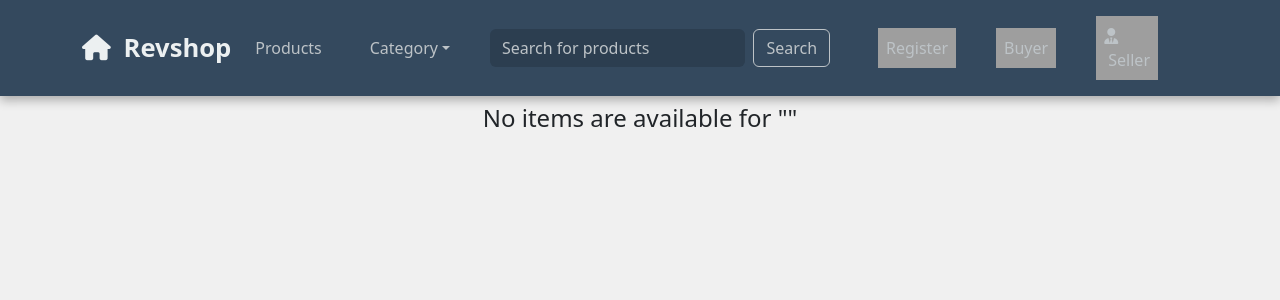
Repository: pratikp99/E-Commerce-Webapp-
Page: http://localhost/Revshop_WebApp/products.jsp?category=0
The author's editor kept a copy of each file at every save. The page is drawn from the files as they stood at one save, then again after the next save.
The browser window is 1280 px wide. The pictures show the whole page.
Pictures or frames that could not be fetched are drawn as grey boxes. The page is served by Tomcat 10. Other server files are loaded and not shown. Queries for data that is not in the repository find no rows.

Above is the page before, as saved 2024-08-30 14:56:54.

### Revshop WebApp/src/main/webapp/products.jsp
<%@page import="com.revature.ecom.DAO.wishlistDAO"%>
<%@page import="com.revature.ecom.Models.userModel"%>
<%@page import="com.revature.ecom.DAO.categoryDAO"%>
<%@page import="com.revature.ecom.Models.productModel"%>
<%@page import="java.util.List"%>
<%@page import="com.revature.ecom.Utils.DatabaseUtil"%>
<%@page import="com.revature.ecom.DAO.productDAO"%>
<%
userModel u = (userModel) session.getAttribute("activeUser");
wishlistDAO wishlistDao = new wishlistDAO(DatabaseUtil.getConnection());

String searchKey = request.getParameter("search");
String catId = request.getParameter("category");
categoryDAO categoryDao = new categoryDAO(DatabaseUtil.getConnection());
String message = "";

productDAO productDao = new productDAO(DatabaseUtil.getConnection());
List<productModel> prodList = null;
if (searchKey != null) {
	if (!searchKey.isEmpty()) {
		message = "Showing results for \"" + searchKey + "\"";
	}else{
		message = "No product found!";
	}
	prodList = productDao.getAllProductsBySearchKey(searchKey);

} else if (catId != null && !(catId.trim().equals("0"))) {
	prodList = productDao.getAllProductsByCategoryId(Integer.parseInt(catId.trim()));
	message = "Showing results for \"" + categoryDao.getCategoryName(Integer.parseInt(catId.trim())) + "\"";
} else {
	prodList = productDao.getAllProducts();
	message = "All Products";
}

if (prodList != null && prodList.size() == 0) {

	message = "No items are available for \""
	+ (searchKey != null ? searchKey : categoryDao.getCategoryName(Integer.parseInt(catId.trim()))) + "\"";

	prodList = productDao.getAllProducts();
}
%>
<!DOCTYPE html>
<html>
<head>
<meta charset="ISO-8859-1">
<title>Products</title>
<%@include file="Components/common_css_js.jsp"%>
<style>
.real-price {
	font-size: 22px !important;
	font-weight: 600;
}

.product-price {
	font-size: 17px !important;
	text-decoration: line-through;
}

.product-discount {
	font-size: 15px !important;
	color: #027a3e;
}

.wishlist-icon {
	cursor: pointer;
	position: absolute;
	right: 10px;
	top: 10px;
	width: 36px;
	height: 36px;
	border-radius: 50%;
	border: 1px solid #f0f0f0;
	box-shadow: 0 1px 4px 0 rgba(0, 0, 0, .1);
	padding-right: 40px;
	background: #fff;
}
</style>
</head>
<body style="background-color: #f0f0f0;">
	<!--navbar -->
	<%@include file="Components/navbar.jsp"%>

	<!--show products-->
	<h4 class="text-center mt-2"><%=message%></h4>
	<div class="container-fluid my-3 px-5">

		<div class="row row-cols-1 row-cols-md-4 g-3">
			<%
			for (productModel p : prodList) {
			%>
			<div class="col">

				<div class="card h-100 px-2 py-2">
					<div class="container text-center">
						<img src="Product_imgs\<%=p.getProductImages()%>"
							class="card-img-top m-2"
							style="max-width: 100%; max-height: 200px; width: auto;">
						<div class="wishlist-icon">
							<%
							if (u != null) {
								if (wishlistDao.getWishlist(u.getUserId(), p.getProductId())) {
							%>
							<button
								onclick="window.open('wishlist?uid=<%=u.getUserId()%>&pid=<%=p.getProductId()%>&op=remove', '_self')"
								class="btn btn-link" type="submit">
								<i class="fa-sharp fa-solid fa-heart" style="color: #ff0303;"></i>
							</button>
							<%
							} else {
							%>
							<button type="submit"
								onclick="window.open('WishlistServlet?uid=<%=u.getUserId()%>&pid=<%=p.getProductId()%>&op=add', '_self')"
								class="btn btn-link">
								<i class="fa-sharp fa-solid fa-heart" style="color: #909191;"></i>
							</button>
							<%
							}
							} else {
							%>
							<button onclick="window.open('login.jsp', '_self')"
								class="btn btn-link" type="submit">
								<i class="fa-sharp fa-solid fa-heart" style="color: #909191;"></i>
							</button>
							<%
							}
							%>

						</div>
						<h5 class="card-title text-center"><%=p.getProductName()%></h5>

						<div class="container text-center">
							<span class="real-price">&#8377;<%=p.getProductPriceAfterDiscount()%></span>&ensp;
							<span class="product-price">&#8377;<%=p.getProductPrice()%></span>&ensp;
							<span class="product-discount"><%=p.getProductDiscount()%>&#37;off</span>
						</div>
						<div class="container text-center mb-2 mt-2">
							<button type="button"
								onclick="window.open('viewProduct.jsp?pid=<%=p.getProductId()%>', '_self')"
								class="btn btn-primary text-white">View Details</button>
						</div>
					</div>
				</div>
			</div>
			<%
			}
			%>
		</div>
	</div>
</body>
</html>

### Revshop WebApp/src/main/webapp/Components/common_css_js.jsp
<!--CSS-->
<link href="https://cdn.jsdelivr.net/npm/bootstrap@5.3.0/dist/css/bootstrap.min.css" rel="stylesheet" integrity="sha384-9ndCyUaIbzAi2FUVXJi0CjmCapSmO7SnpJef0486qhLnuZ2cdeRhO02iuK6FUUVM" crossorigin="anonymous">
<!--font awesome-->
<!--<link rel="stylesheet" href="https://cdnjs.cloudflare.com/ajax/libs/font-awesome/4.7.0/css/font-awesome.min.css">
-->
<link rel="stylesheet" href="https://cdnjs.cloudflare.com/ajax/libs/font-awesome/6.4.0/css/all.min.css">
<link rel="stylesheet" href="CSS/style.css"/>


<!--JavaScript-->
<script src="https://cdn.jsdelivr.net/npm/bootstrap@5.3.0/dist/js/bootstrap.bundle.min.js" integrity="sha384-geWF76RCwLtnZ8qwWowPQNguL3RmwHVBC9FhGdlKrxdiJJigb/j/68SIy3Te4Bkz" crossorigin="anonymous"></script>
<script src="JS/script.js"></script>

<!--jQuery-->
<script src="https://code.jquery.com/jquery-3.7.0.min.js" integrity="sha256-2Pmvv0kuTBOenSvLm6bvfBSSHrUJ+3A7x6P5Ebd07/g=" crossorigin="anonymous"></script>
<!--sweet alert-->
<script src="https://unpkg.com/sweetalert/dist/sweetalert.min.js"></script>
<script src="https://cdn.jsdelivr.net/npm/sweetalert2@11"></script>

### Revshop WebApp/src/main/webapp/Components/navbar.jsp
<%@page import="com.revature.ecom.DAO.categoryDAO"%>
<%@page import="com.revature.ecom.Models.adminModel"%>
<%@page import="com.revature.ecom.Models.cartModel"%>
<%@page import="com.revature.ecom.DAO.cartDAO"%>
<%@page import="com.revature.ecom.Models.userModel"%>
<%@page import="java.util.List"%>
<%@page import="com.revature.ecom.Models.categoryModel"%>
<%@page import="com.revature.ecom.Utils.DatabaseUtil"%>
<%@page import="com.revature.ecom.DAO.categoryDAO"%>
<%
userModel user = (userModel) session.getAttribute("activeUser");
adminModel admin = (adminModel) session.getAttribute("activeAdmin");

categoryDAO catDao = new categoryDAO(DatabaseUtil.getConnection());
List<categoryModel> categoryList = catDao.getAllCategories();
%>

<style>
/* General navbar styling */
.navbar {
    background-color: #34495e;
    padding: 1rem;
    box-shadow: 0px 4px 10px rgba(0, 0, 0, 0.3);
}

.navbar-brand {
    font-size: 1.6rem;
    font-weight: bold;
    color: #ecf0f1 !important;
}

.nav-link {
    color: #bdc3c7 !important;
    margin-right: 1rem;
    transition: color 0.3s;
}

.nav-link:hover {
    color: #ecf0f1 !important;
}

.navbar-toggler-icon {
    background-image: url("data:[embedded picture, 217 characters]");
}

.dropdown-menu {
    background-color: #2c3e50 !important;
    border: none;
}

.dropdown-item {
    color: #bdc3c7 !important;
    transition: background-color 0.3s, color 0.3s;
}

.dropdown-item:hover {
    background-color: #34495e !important;
    color: #ecf0f1 !important;
}

.badge {
    font-size: 0.75rem;
    background-color: #e74c3c;
}

/* Button styling */
.btn-outline-light {
    color: #bdc3c7;
    border-color: #bdc3c7;
    transition: color 0.3s, border-color 0.3s;
}

.btn-outline-light:hover {
    color: #ecf0f1;
    border-color: #ecf0f1;
}

/* Flexbox alignment */
.navbar-nav {
    display: flex;
    align-items: center;
}

.navbar-nav .nav-item {
    margin-right: 1rem;
}

.form-control {
    background-color: #2c3e50 !important;
    border: none;
    color: #ecf0f1;
    margin-right: 0.5rem;
}

.form-control::placeholder {
    color: #bdc3c7;
}

.form-control:focus {
    box-shadow: none;
    border-color: #ecf0f1;
}

@media (max-width: 992px) {
    .navbar-collapse {
        flex-direction: column;
    }

    .navbar-nav {
        flex-direction: column;
        width: 100%;
    }

    .navbar-nav .nav-item {
        margin-right: 0;
        margin-bottom: 1rem;
    }

    .form-control {
        margin-bottom: 1rem;
        width: 100%;
    }
}

/* Specific logo styles */
.navbar-nav .register-link {
    background-image: url('path/to/register-icon.png');
    background-repeat: no-repeat;
    background-position: left center;
    padding-left: 30px; /* Adjust based on the size of the icon */
}

.navbar-nav .buyer-link {
    background-image: url('path/to/buyer-icon.png');
    background-repeat: no-repeat;
    background-position: left center;
    padding-left: 30px; /* Adjust based on the size of the icon */
}

.navbar-nav .seller-link {
    background-image: url('path/to/seller-icon.png');
    background-repeat: no-repeat;
    background-position: left center;
    padding-left: 30px; /* Adjust based on the size of the icon */
}
</style>

<nav class="navbar navbar-expand-lg">
    <!-- admin nav bar -->
    <% if (admin != null) { %>
    <div class="container">
        <a class="navbar-brand" href="admin.jsp"><i class="fa-sharp fa-solid fa-house"></i>&ensp;Revshop</a>
        <button class="navbar-toggler" type="button" data-bs-toggle="collapse" data-bs-target="#navbarSupportedContent"
            aria-controls="navbarSupportedContent" aria-expanded="false" aria-label="Toggle navigation">
            <span class="navbar-toggler-icon"></span>
        </button>
        <div class="collapse navbar-collapse" id="navbarSupportedContent">
            <div class="container text-end">
                <ul class="navbar-nav justify-content-end">
                    <li class="nav-item"><button type="button" class="btn nav-link" data-bs-toggle="modal"
                            data-bs-target="#add-category"><i class="fa-solid fa-plus fa-xs"></i>Add Category</button></li>
                    <li class="nav-item"><button type="button" class="btn nav-link" data-bs-toggle="modal"
                            data-bs-target="#add-product"><i class="fa-solid fa-plus fa-xs"></i>Add Product</button></li>
                    <li class="nav-item"><a class="nav-link" aria-current="page" href="admin.jsp"><%=admin.getName()%></a></li>
                    <li class="nav-item"><a class="nav-link" aria-current="page" href="logout?user=admin"><i
                                class="fa-solid fa-user-slash fa-sm"></i>&nbsp;Logout</a></li>
                </ul>
            </div>
        </div>
    </div>
    <% } else { %>

    <!-- for all -->
    <div class="container">
        <a class="navbar-brand" href="index.jsp"><i class="fa-sharp fa-solid fa-house"></i>&ensp;Revshop</a>
        <button class="navbar-toggler" type="button" data-bs-toggle="collapse" data-bs-target="#navbarSupportedContent"
            aria-controls="navbarSupportedContent" aria-expanded="false" aria-label="Toggle navigation">
            <span class="navbar-toggler-icon"></span>
        </button>
        <div class="collapse navbar-collapse" id="navbarSupportedContent">
            <ul class="navbar-nav me-auto mb-2 mb-lg-0">
                <li class="nav-item"><a class="nav-link" href="products.jsp" role="button" aria-expanded="false">Products</a></li>
                <li class="nav-item dropdown"><a class="nav-link dropdown-toggle" href="#" role="button"
                        data-bs-toggle="dropdown" aria-expanded="false">Category</a>
                    <ul class="dropdown-menu">
                        <li><a class="dropdown-item" href="products.jsp?category=0">All Products</a></li>
                        <% for (categoryModel c : categoryList) { %>
                        <li><a class="dropdown-item" href="products.jsp?category=<%=c.getCategoryId()%>"><%=c.getCategoryName()%></a></li>
                        <% } %>
                    </ul>
                </li>
            </ul>
            <form class="d-flex pe-5" role="search" action="products.jsp" method="get">
                <input name="search" class="form-control me-2" size="50" type="search" placeholder="Search for products"
                    aria-label="Search">
                <button class="btn btn-outline-light" type="submit">Search</button>
            </form>

            <!-- when user is logged in -->
            <% if (user != null) {
                cartDAO cartDao = new cartDAO(DatabaseUtil.getConnection());
                int cartCount = cartDao.getCartCountByUserId(user.getUserId());
            %>
            <ul class="navbar-nav ml-auto">
                <li class="nav-item active pe-3"><a class="nav-link position-relative" aria-current="page"
                        href="cart.jsp"><i class="fa-solid fa-cart-shopping"></i> &nbsp;Cart<span
                            class="position-absolute top-1 start-0 translate-middle badge rounded-pill"><%=cartCount%></span></a></li>
                <li class="nav-item active pe-3"><a class="nav-link" aria-current="page"
                        href="profile.jsp"><%=user.getUserName()%></a></li>
                <li class="nav-item pe-3"><a class="nav-link" aria-current="page" href="logout?user=user"><i
                            class="fa-solid fa-user-slash"></i>&nbsp;Logout</a></li>
            </ul>
            <% } else { %>
            <ul class="navbar-nav ml-auto">
                                <li class="nav-item active pe-2"><a class="nav-link register-link" aria-current="page" href="register.jsp">Register</a></li>
                <li class="nav-item pe-2"><a class="nav-link buyer-link" aria-current="page" href="login.jsp">Buyer</a></li>
                <li class="nav-item pe-2"><a class="nav-link seller-link" aria-current="page" href="adminlogin.jsp"><i
                            class="fa-solid fa-user-tie"></i>&nbsp;Seller</a></li>
            </ul>
            <% } %>
        </div>
    </div>
    <% } %>
    <!-- end -->
</nav>

### Revshop WebApp/src/main/java/com/revature/ecom/DAO/wishlistDAO.java
package com.revature.ecom.DAO;
import com.revature.ecom.Models.wishlistModel;

import java.sql.Connection;
import java.sql.PreparedStatement;
import java.sql.ResultSet;
import java.util.ArrayList;
import java.util.List;


public class wishlistDAO {
	private Connection con;

	public wishlistDAO(Connection con) {
		super();
		this.con = con;
	}

	public boolean addToWishlist(wishlistModel w) {
		boolean flag = false;
		try {
			String query = "insert into wishlist(iduser, idproduct) values(?,?)";
			PreparedStatement psmt = this.con.prepareStatement(query);
			psmt.setInt(1, w.getUserId());
			psmt.setInt(2, w.getProductId());

			psmt.executeUpdate();
			flag = true;

		} catch (Exception e) {
			e.printStackTrace();
		}
		return flag;
	}
	public boolean getWishlist(int uid, int pid) {
		boolean flag = false;
		try {
			String query = "select * from wishlist where iduser = ? and idproduct = ?";
			PreparedStatement psmt = this.con.prepareStatement(query);
			psmt.setInt(1, uid);
			psmt.setInt(2, pid);

			ResultSet rs = psmt.executeQuery();
			while (rs.next()) {
				flag = true;
			}
		} catch (Exception e) {
			e.printStackTrace();
		}
		return flag;
	}

	public List<wishlistModel> getListByUserId(int uid){
		List<wishlistModel> list = new ArrayList<wishlistModel>();
		try {
			String query = "select * from wishlist where iduser = ?";
			PreparedStatement psmt = this.con.prepareStatement(query);
			psmt.setInt(1, uid);

			ResultSet rs = psmt.executeQuery();
			while (rs.next()) {
				wishlistModel wishlist = new wishlistModel();
				wishlist.setWishlistId(rs.getInt("idwishlist"));
				wishlist.setUserId(rs.getInt("iduser"));
				wishlist.setProductId(rs.getInt("idproduct"));

				list.add(wishlist);
			}
		} catch (Exception e) {
			e.printStackTrace();
		}
		return list;
	}
	public void deleteWishlist(int uid, int pid) {
		try {
			String query = "delete from wishlist where iduser = ? and idproduct = ?";
			PreparedStatement psmt = this.con.prepareStatement(query);
			psmt.setInt(1, uid);
			psmt.setInt(2, pid);

			psmt.executeUpdate();
		} catch (Exception e) {
			e.printStackTrace();
		}
	}
}

### Revshop WebApp/src/main/java/com/revature/ecom/Utils/DatabaseUtil.java
package com.revature.ecom.Utils;

import java.io.IOException;
import java.io.InputStream;
import java.sql.Connection;
import java.sql.DriverManager;
import java.sql.SQLException;
import java.util.Properties;

public class DatabaseUtil {
    private static Connection conn;

    public static Connection getConnection() throws ClassNotFoundException {
        if (conn == null) {
            try {
                Properties props = new Properties();
                InputStream inputStream = DatabaseUtil.class.getClassLoader().getResourceAsStream("utils.properties");
                props.load(inputStream);

                String url = props.getProperty("db.url");
                String username = props.getProperty("db.username");
                String password = props.getProperty("db.password");

                try {
                    Class.forName("com.mysql.cj.jdbc.Driver");
                } catch (ClassNotFoundException e) {
                    throw new RuntimeException("Error loading MySQL JDBC driver", e);
                }

                conn = DriverManager.getConnection(url, username, password);
            } catch (IOException | SQLException e) {
                throw new RuntimeException("Error establishing database connection", e);
            }
        }
        return conn;
    }
}

### Revshop WebApp/src/main/java/com/revature/ecom/DAO/categoryDAO.java
package com.revature.ecom.DAO;
import com.revature.ecom.Models.categoryModel;

import java.sql.Connection;
import java.sql.PreparedStatement;
import java.sql.ResultSet;
import java.sql.SQLException;
import java.sql.Statement;
import java.util.ArrayList;
import java.util.List;

public class categoryDAO {
	private Connection con;

	public categoryDAO(Connection con) {
		super();
		this.con = con;
	}

	public boolean saveCategory(categoryModel category) {
		boolean flag = false;

		try {
			String query = "insert into category(name, image) values(?, ?)";
			PreparedStatement psmt = this.con.prepareStatement(query);
			psmt.setString(1, category.getCategoryName());
			psmt.setString(2, category.getCategoryImage());

			psmt.executeUpdate();
			flag = true;

		} catch (SQLException e) {
			e.printStackTrace();
		}
		return flag;
	}

	public List<categoryModel> getAllCategories() {

		List<categoryModel> list = new ArrayList<>();
		try {

			String query = "select * from category";
			Statement statement = this.con.createStatement();

			ResultSet rs = statement.executeQuery(query);
			while (rs.next()) {
				categoryModel category = new categoryModel();
				category.setCategoryId(rs.getInt("cid"));
				category.setCategoryName(rs.getString("name"));
				category.setCategoryImage(rs.getString("image"));

				list.add(category);
			}
		} catch (Exception e) {
			e.printStackTrace();
		}

		return list;
	}
	public categoryModel getCategoryById(int cid) {
		categoryModel category = new categoryModel();
		try {
			String query = "select * from category where cid = ?";
			PreparedStatement psmt = this.con.prepareStatement(query);
			psmt.setInt(1, cid);
			ResultSet rs = psmt.executeQuery();
			while (rs.next()) {
				category.setCategoryId(rs.getInt("cid"));
				category.setCategoryName(rs.getString("name"));
				category.setCategoryImage(rs.getString("image"));
			}
		} catch (Exception e) {
			e.printStackTrace();
		}
		return category;
	}
	public String getCategoryName(int catId) {
		String category = "";
		try {
			String query = "select * from category where cid = ?";
			PreparedStatement psmt = this.con.prepareStatement(query);
			psmt.setInt(1, catId);
			ResultSet rs = psmt.executeQuery();
			while (rs.next()) {
				category = rs.getString("name");
			}

		} catch (Exception e) {
			e.printStackTrace();
		}
		return category;
	}

	public void updateCategory(categoryModel cat) {
		try {
			String query = "update category set name=?, image=? where cid=?";
			PreparedStatement psmt = this.con.prepareStatement(query);
			psmt.setString(1, cat.getCategoryName());
			psmt.setString(2, cat.getCategoryImage());
			psmt.setInt(3, cat.getCategoryId());

			psmt.executeUpdate();
		} catch (Exception e) {
			e.printStackTrace();
		}
	}

	public void deleteCategory(int cid) {
		try {
			String query = "delete from category where cid = ?";
			PreparedStatement psmt = this.con.prepareStatement(query);
			psmt.setInt(1, cid);

			psmt.executeUpdate();

		} catch (Exception e) {
			e.printStackTrace();
		}
	}
	public int categoryCount() {
		int count = 0;
		try {
			String query = "select count(*) from category";
			Statement stmt = con.createStatement();
			ResultSet rs = stmt.executeQuery(query);
			rs.next();
			count = rs.getInt(1);
		} catch (Exception e) {
			e.printStackTrace();
		}
		return count;
	}
}

### Revshop WebApp/src/main/webapp/CSS/style.css
.custom-color {
	/*background: linear-gradient(90deg, rgba(198,245,255,1) 0%, rgba(137,182,254,1) 28%, rgba(123,124,255,1) 58%, rgba(105,97,255,1) 87%, rgba(36,24,255,1) 100%);
*/
	background: radial-gradient(circle, rgba(112, 192, 255, 1) 0%, rgba(98, 153, 254, 1) 24%, rgba(123, 124, 255, 1) 49%, rgba(97, 124, 255, 1) 86%, rgba(36, 24, 255, 1) 100%);
}

Loaded but not shown: Revshop WebApp/src/main/webapp/JS/script.js (common file); Revshop WebApp/src/main/java/com/revature/ecom/DAO/productDAO.java (291 lines, source omitted)

After the next save:
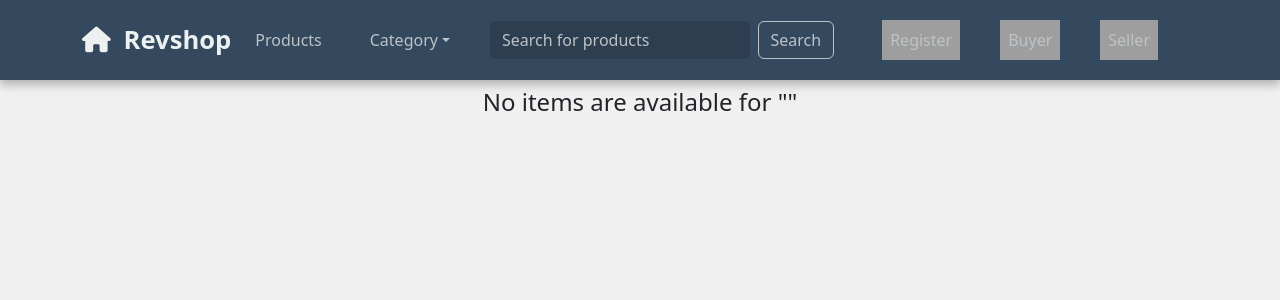
Saved 13 s later.
--- a/Revshop WebApp/src/main/webapp/Components/navbar.jsp
+++ b/Revshop WebApp/src/main/webapp/Components/navbar.jsp
@@ -214,8 +214,7 @@ List<categoryModel> categoryList = catDao.getAllCategories();
             <ul class="navbar-nav ml-auto">
                                 <li class="nav-item active pe-2"><a class="nav-link register-link" aria-current="page" href="register.jsp">Register</a></li>
                 <li class="nav-item pe-2"><a class="nav-link buyer-link" aria-current="page" href="login.jsp">Buyer</a></li>
-                <li class="nav-item pe-2"><a class="nav-link seller-link" aria-current="page" href="adminlogin.jsp"><i
-                            class="fa-solid fa-user-tie"></i>&nbsp;Seller</a></li>
+                <li class="nav-item pe-2"><a class="nav-link seller-link" aria-current="page" href="adminlogin.jsp">Seller</a></li>
             </ul>
             <% } %>
         </div>
